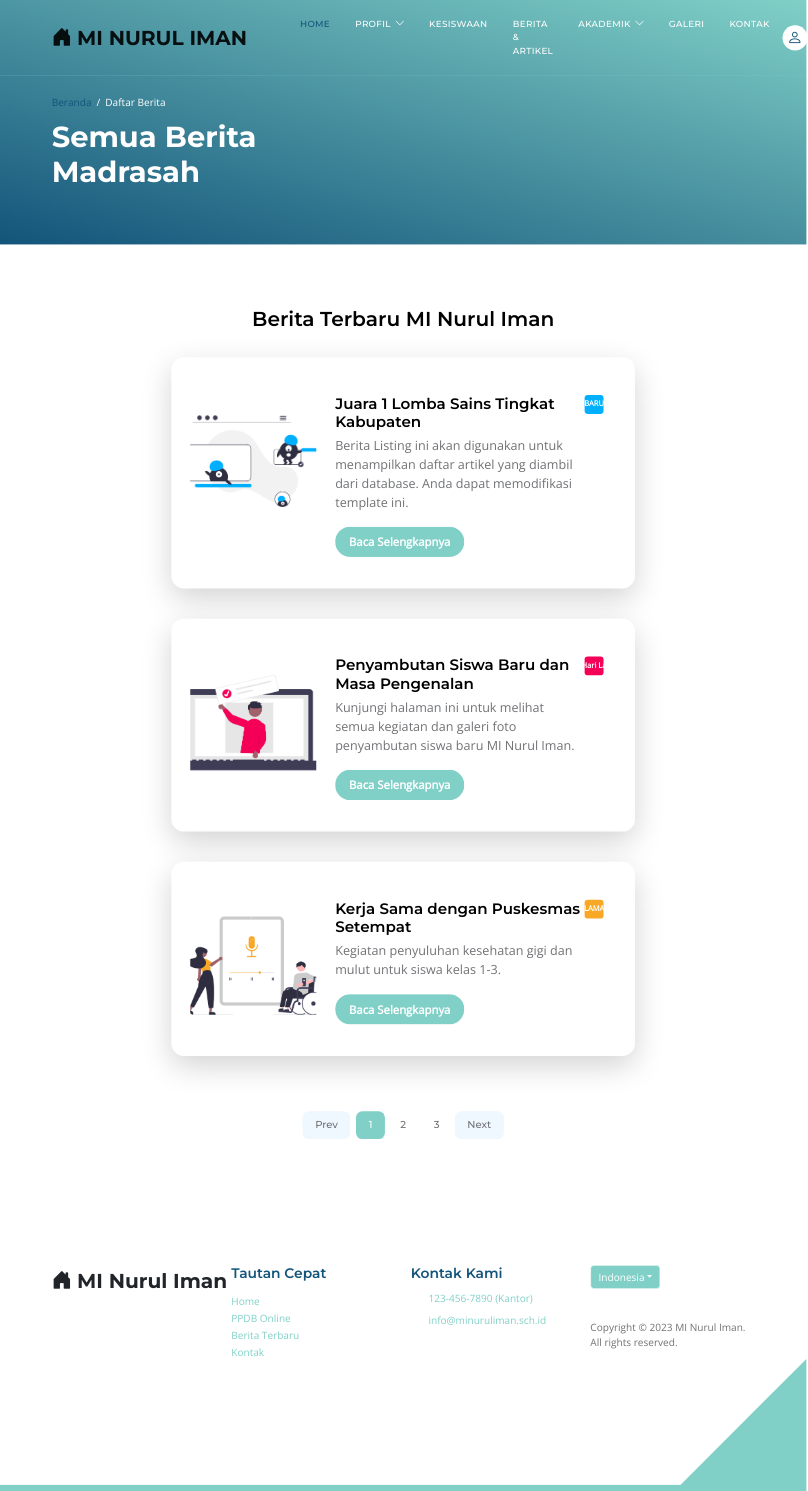
Repository: MKennyChaniago/sekolah-mi-nurul-iman
Page: http://localhost/berita
These files come from the project's save history. The page is drawn as it stood at one moment and after the next save; the edit follows.
The browser window is 1280 px wide. The page is 1282 px wide, so the pictures cover 1282 px, including what lies to the right of the window. The pictures show the whole page, at 63% of full size.
The page is served by the project's Laravel application, run on PHP 8.4 with Laravel 12. Queries for data that is not in the repository find no rows.

Above is the page before, as saved 2025-12-07 11:16:34.
Console error: TypeError: Cannot read properties of undefined (reading 'top')

After the next save:
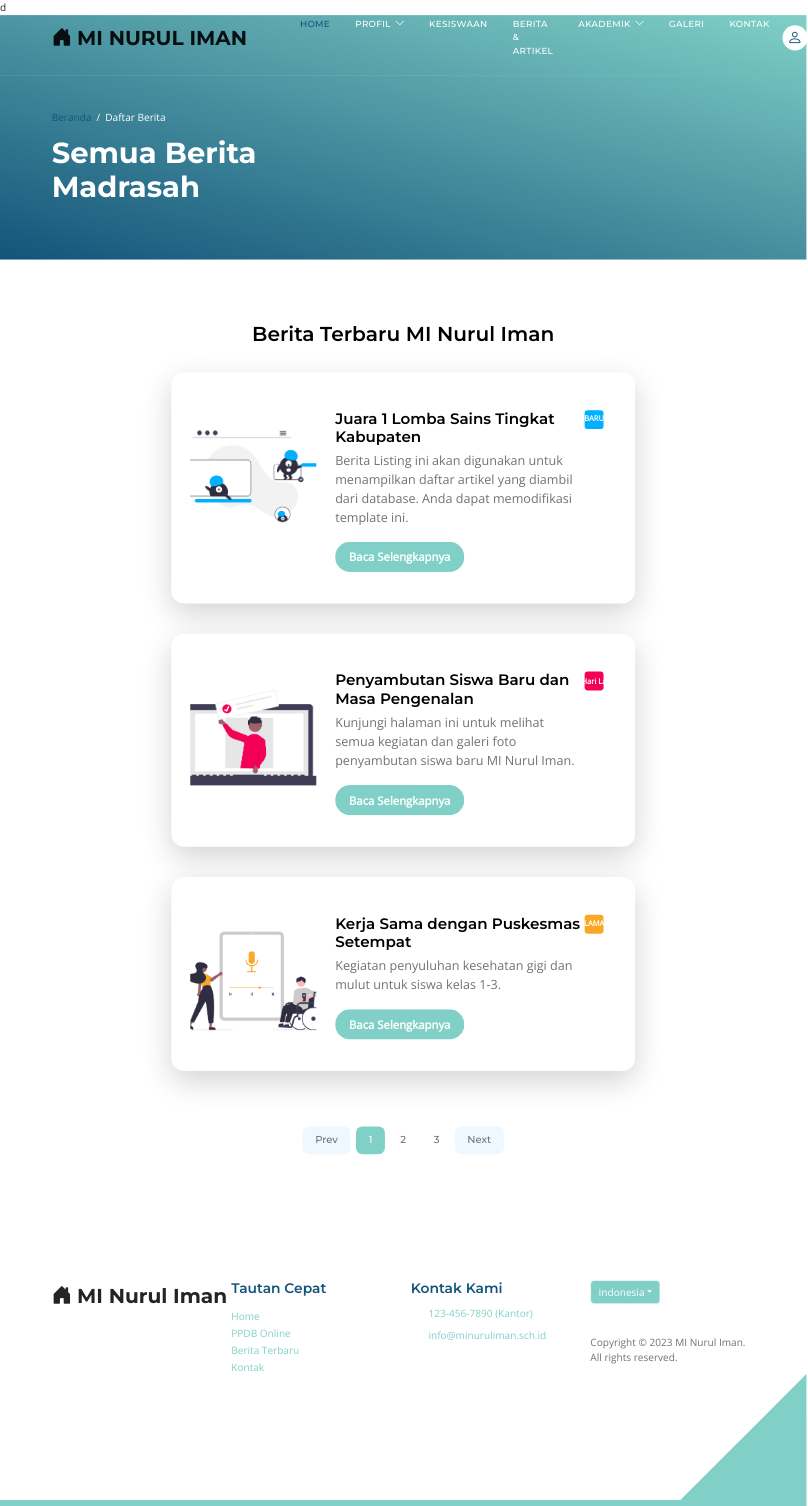
Saved 2 h 57 min later.
--- a/resources/views/layouts/frontend.blade.php
+++ b/resources/views/layouts/frontend.blade.php
@@ -6,7 +6,7 @@
 
         <meta name="description" content="Website Resmi Madrasah Ibtidaiyah Nurul Iman. Informasi PPDB, Kurikulum, dan Kegiatan Siswa.">
         <meta name="author" content="MI Nurul Iman Developer Team">
-
+d
         <title>MI Nurul Iman | @yield('title', 'Beranda')</title>
 
         <link rel="preconnect" href="https://fonts.googleapis.com">

After the save that followed:
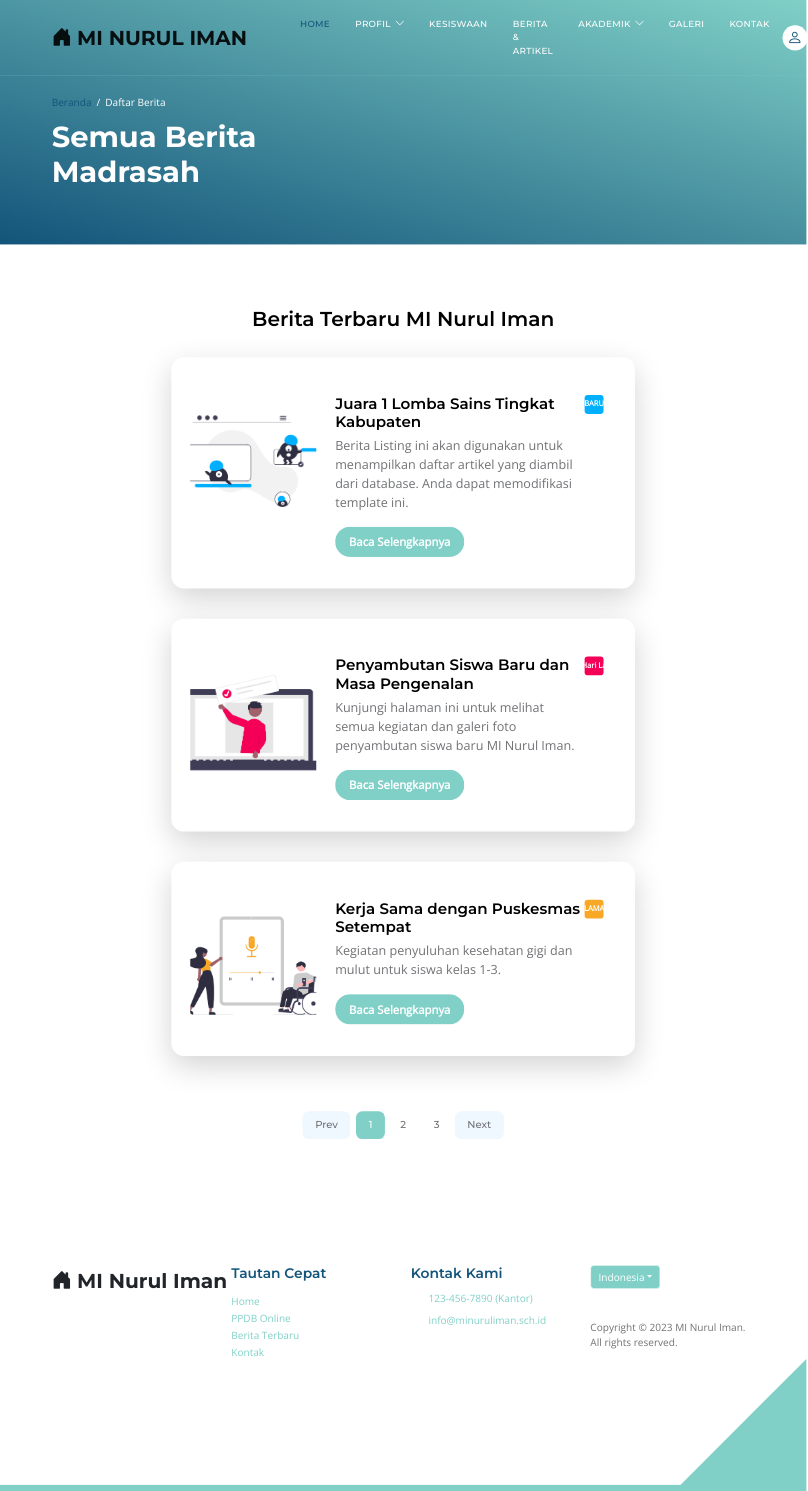
Saved 4 s later.
--- a/resources/views/layouts/frontend.blade.php
+++ b/resources/views/layouts/frontend.blade.php
@@ -6,7 +6,7 @@
 
         <meta name="description" content="Website Resmi Madrasah Ibtidaiyah Nurul Iman. Informasi PPDB, Kurikulum, dan Kegiatan Siswa.">
         <meta name="author" content="MI Nurul Iman Developer Team">
-d
+
         <title>MI Nurul Iman | @yield('title', 'Beranda')</title>
 
         <link rel="preconnect" href="https://fonts.googleapis.com">
